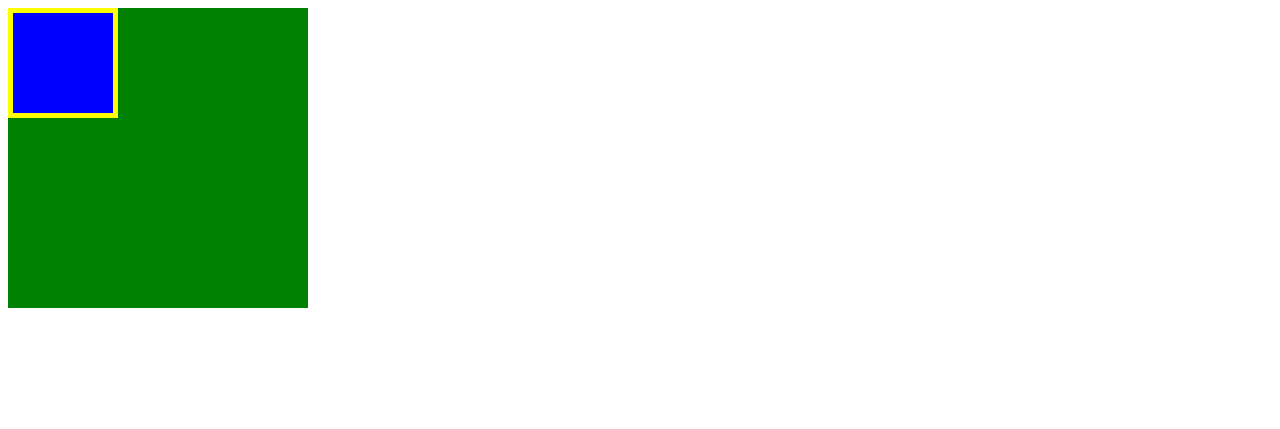
Repository: yofuu/caravan-chapter4
Page: box/box.html
The author's editor kept a record of every edit. The page is drawn from the files as they stood at one moment, then again after the next edit.
The browser window is 1280 px wide. The pictures show the whole page.

Above is the page before.

After the next edit:
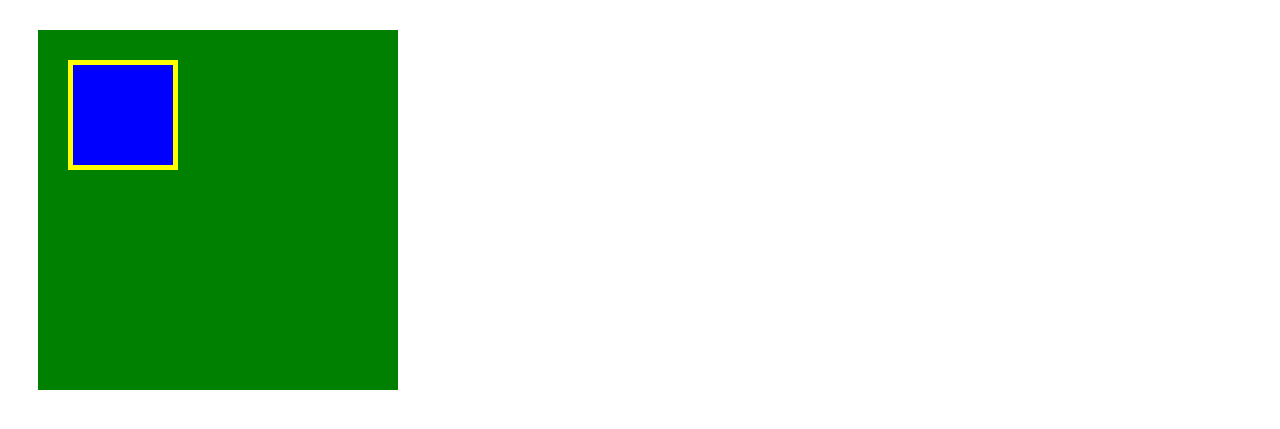
The edit:
--- a/box/box.css
+++ b/box/box.css
@@ -2,6 +2,8 @@
   width: 300px;
   height: 300px;
   background-color: #008000;
+  margin: 30px;
+  padding: 30px;
 }
 
 .box2 {
